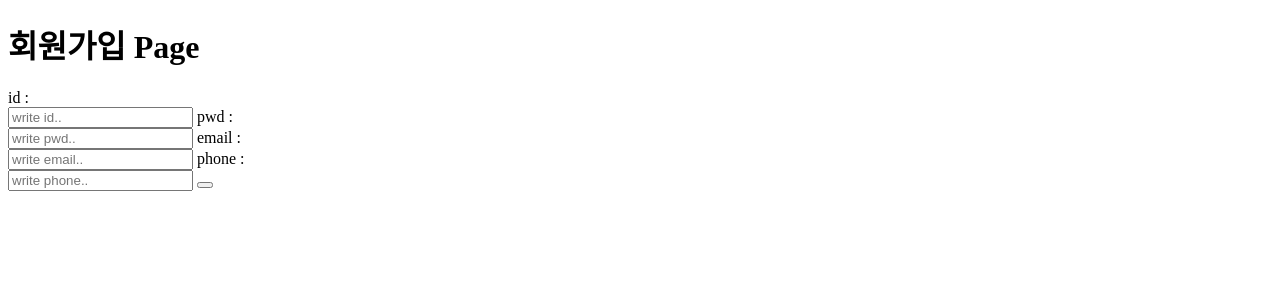
Repository: Umc404/jsp
Page: http://localhost/jsp_study/member/join.jsp
These files come from the project's save history. The page is drawn as it stood at one moment and after the next save; the edit follows.
The browser window is 1280 px wide. The pictures show the whole page.
The page is served by Tomcat 9.

Above is the page before, as saved 2024-10-25 01:56:45.

After the next save:
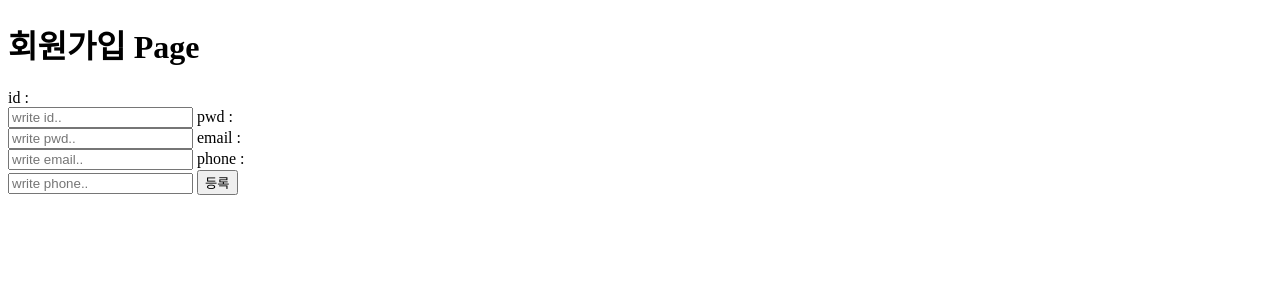
Saved 19 s later.
--- a/jsp_study/src/main/webapp/member/join.jsp
+++ b/jsp_study/src/main/webapp/member/join.jsp
@@ -18,7 +18,7 @@
 		<input type="text" name="email" placeholder="write email..">
 		phone : <br>
 		<input type="text" name="pwd" placeholder="write phone..">
-		<button type="button"></button>
+		<button type="button">등록</button>
 
 	</form>
 </body>
